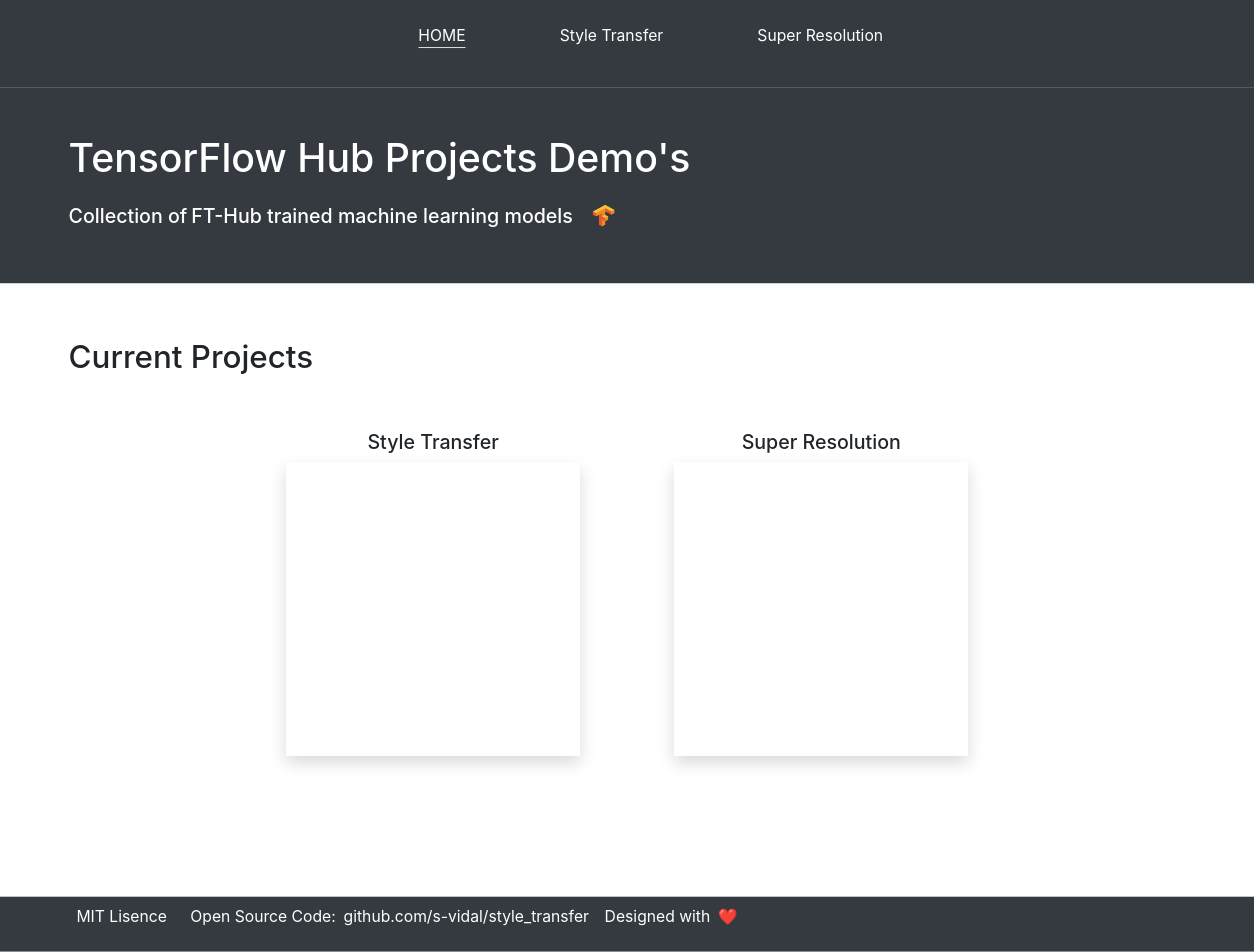
Repository: s-vidal/style_transfer
Page: / (app in client/)
These files come from the project's save history. The page is drawn as it stood at one moment and after the next save; the edit follows.
The browser window is 1280 px wide. The pictures show the whole page, at 98% of full size.
The page's requests for data from a server got no answer. The project was rebuilt for these pictures with package versions that can differ from the ones it lists, and the page was loaded fresh each time. A package was used in the major version that the imports need, not the one package.json lists. No one was signed in, and anything a server would have sent is missing. Also part of the build but not shown: client/src/App.css, client/src/components/DropZone.jsx, client/src/lib/api.js, client/src/components/Inference.jsx, client/src/components/Header.jsx, client/src/pages/StyleTransfer.jsx, client/src/pages/SuperResolution.jsx.

Above is the page before, as saved 2020-09-30 16:27:33.

### client/public/index.html
<!DOCTYPE html>
<html lang="en">
  <head>
    <meta charset="utf-8" />
    <link rel="icon" href="%PUBLIC_URL%/favicon.ico" />
    <meta name="viewport" content="width=device-width, initial-scale=1" />
    <meta name="theme-color" content="#000000" />
    <meta
      name="description"
      content="Web site created using create-react-app"
    />
    <link rel="apple-touch-icon" href="%PUBLIC_URL%/logo192.png" />
    <!--
      manifest.json provides metadata used when your web app is installed on a
      user's mobile device or desktop. See https://developers.google.com/web/fundamentals/web-app-manifest/
    -->
    <link rel="manifest" href="%PUBLIC_URL%/manifest.json" />
    <!--
      Notice the use of %PUBLIC_URL% in the tags above.
      It will be replaced with the URL of the `public` folder during the build.
      Only files inside the `public` folder can be referenced from the HTML.

      Unlike "/favicon.ico" or "favicon.ico", "%PUBLIC_URL%/favicon.ico" will
      work correctly both with client-side routing and a non-root public URL.
      Learn how to configure a non-root public URL by running `npm run build`.
    -->
    <!-- CSS only -->
    <link
      rel="stylesheet"
      href="https://stackpath.bootstrapcdn.com/bootstrap/4.5.2/css/bootstrap.min.css"
      integrity="sha384-JcKb8q3iqJ61gNV9KGb8thSsNjpSL0n8PARn9HuZOnIxN0hoP+VmmDGMN5t9UJ0Z"
      crossorigin="anonymous"
    />
    <title>React App</title>
  </head>
  <body>
    <noscript>You need to enable JavaScript to run this app.</noscript>
    <div id="root"></div>
    <!--
      This HTML file is a template.
      If you open it directly in the browser, you will see an empty page.

      You can add webfonts, meta tags, or analytics to this file.
      The build step will place the bundled scripts into the <body> tag.

      To begin the development, run `npm start` or `yarn start`.
      To create a production bundle, use `npm run build` or `yarn build`.
    -->
    <!-- JS, Popper.js, and jQuery -->
    <script
      src="https://code.jquery.com/jquery-3.5.1.slim.min.js"
      integrity="sha384-DfXdz2htPH0lsSSs5nCTpuj/zy4C+OGpamoFVy38MVBnE+IbbVYUew+OrCXaRkfj"
      crossorigin="anonymous"
    ></script>
    <script
      src="https://cdn.jsdelivr.net/npm/popper.js@1.16.1/dist/umd/popper.min.js"
      integrity="sha384-9/reFTGAW83EW2RDu2S0VKaIzap3H66lZH81PoYlFhbGU+6BZp6G7niu735Sk7lN"
      crossorigin="anonymous"
    ></script>
    <script
      src="https://stackpath.bootstrapcdn.com/bootstrap/4.5.2/js/bootstrap.min.js"
      integrity="sha384-B4gt1jrGC7Jh4AgTPSdUtOBvfO8shuf57BaghqFfPlYxofvL8/KUEfYiJOMMV+rV"
      crossorigin="anonymous"
    ></script>
  </body>
</html>

### client/src/App.js
import React from "react";
import {BrowserRouter as Router, Switch, Route} from "react-router-dom";
import "./App.css";
import StyleTransfer from "./pages/StyleTransfer";
import SuperResolution from "./pages/SuperResolution";
import Footer from "./components/Footer";
import NavBar from "./components/NavBar";
import HomePage from "./pages/HomePage";

function App() {
  return (
    <div>
      <Router>
        <NavBar />
        <Switch>
          <Route path="/super-resolution">
            <SuperResolution />
          </Route>
          <Route path="/style-transfer">
            <StyleTransfer />
          </Route>
          <Route path="/">
            <HomePage />
          </Route>
        </Switch>
        <Footer />
      </Router>
    </div>
  );
}

export default App;

### client/src/components/Footer.jsx
import React from "react";

const Footer = () => {
  return (
    <div className="text-white bg-dark">
      <div className="container mt-5">
        <div className="row p-2 mt-4">
          <p className="mr-4">MIT Lisence</p>
          <p>Open Source Code:</p>
          <a
            className="ml-2 text-white"
            href="https://github.com/s-vidal/style_transfer"
          >
            <span>github.com/s-vidal/style_transfer</span>
          </a>
          <p className="ml-3 mr-1"> Designed with </p>
          <span role="img" aria-label="emoji" className="ml-1">
            ❤️
          </span>
        </div>
      </div>
    </div>
  );
};

export default Footer;

### client/src/components/NavBar.jsx
import React, {useState, useEffect} from "react";
import {Link, useLocation} from "react-router-dom";
import "./NavBar.css";

const NavBar = () => {
  const [currentPage, setCurrentPage] = useState("");
  const location = useLocation();

  useEffect(() => {
    const currentPath = location.pathname;
    setCurrentPage(currentPath.substring(1));
  }, [location]);

  return (
    <nav className="navbar navbar-expand-lg d-flex justify-content-center bg-dark pt-3 pb-3">
      <ul className="navbar-nav">
        <li className="nav-item">
          <Link className="nav-link pl-5 pr-5" to={"/"}>
            <div className="ml-5 ">
              <p
                className={
                  currentPage === ""
                    ? "text-white nav-text active border-bottom"
                    : "text-white nav-text"
                }
              >
                HOME
              </p>
            </div>
          </Link>
        </li>
        <li className="nav-item">
          <Link
            className="nav-link pl-5 pr-5 text-white"
            to={"/style-transfer"}
          >
            <p
              className={
                currentPage === "style-transfer"
                  ? "text-white nav-text active border-bottom"
                  : "text-white nav-text"
              }
            >
              Style Transfer
            </p>
          </Link>
        </li>
        <li className="nav-item active">
          <Link
            className="nav-link pl-5 pr-5 text-white"
            to={"/super-resolution"}
          >
            <p
              className={
                currentPage === "super-resolution"
                  ? "text-white nav-text active border-bottom"
                  : "text-white nav-text"
              }
            >
              Super Resolution
            </p>
          </Link>
        </li>
      </ul>
    </nav>
  );
};

export default NavBar;

### client/src/pages/HomePage.jsx
import React from "react";
import "../components/HomePage.css";

const HomePage = () => {
  return (
    <>
      <div className="bg-dark text-white p-4 pt-5 pb-5">
        <div className="container">
          <div className="row">
            <h1>TensorFlow Hub Projects Demo's</h1>
          </div>
          <div className="row mt-3">
            <h5>Collection of</h5>
            <a
              href="https://tfhub.dev/google/magenta/arbitrary-image-stylization-v1-256/2"
              className="pl-1 pr-1 text-white"
            >
              <h5>FT-Hub trained machine learning models</h5>
            </a>
            <img
              className="ml-3"
              src={require("../img/tf_logo.png")}
              alt="tf"
              width="22"
              height="22"
            ></img>
          </div>
        </div>
      </div>
      <div className="p-5 pb-0">
        <div className="container p-0">
          <div>
            {/* <h5 className="mb-4">
              Recourse designed to display, explain and test TF-Hb models
            </h5> */}
            <h2 className="mt-2">Current Projects</h2>
          </div>
          <div className="row d-flex justify-content-center">
            <div className="m-5">
              <h5 className="text-center">Style Transfer</h5>
              <div className="home-item shadow"></div>
            </div>
            <div className="m-5">
              <h5 className="text-center"> Super Resolution</h5>
              <div className="home-item shadow"></div>
            </div>
          </div>
        </div>
      </div>
    </>
  );
};

export default HomePage;

### client/src/components/NavBar.css
.nav-text:hover {
  border-bottom: 1px solid white;
  transition-duration: 0.5s ease-in-out;
}

### client/src/components/HomePage.css
.home-item {
  min-width: 300px;
  min-height: 300px;
}
.home-item:hover {
  cursor: pointer;
  transform: translate(3px, 3px);
  transition-duration: 0.5s ease-in-out;
}

Loaded but not shown: client/src/index.js (common file); client/src/index.css (common file); client/src/serviceWorker.js (common file)

After the next save:
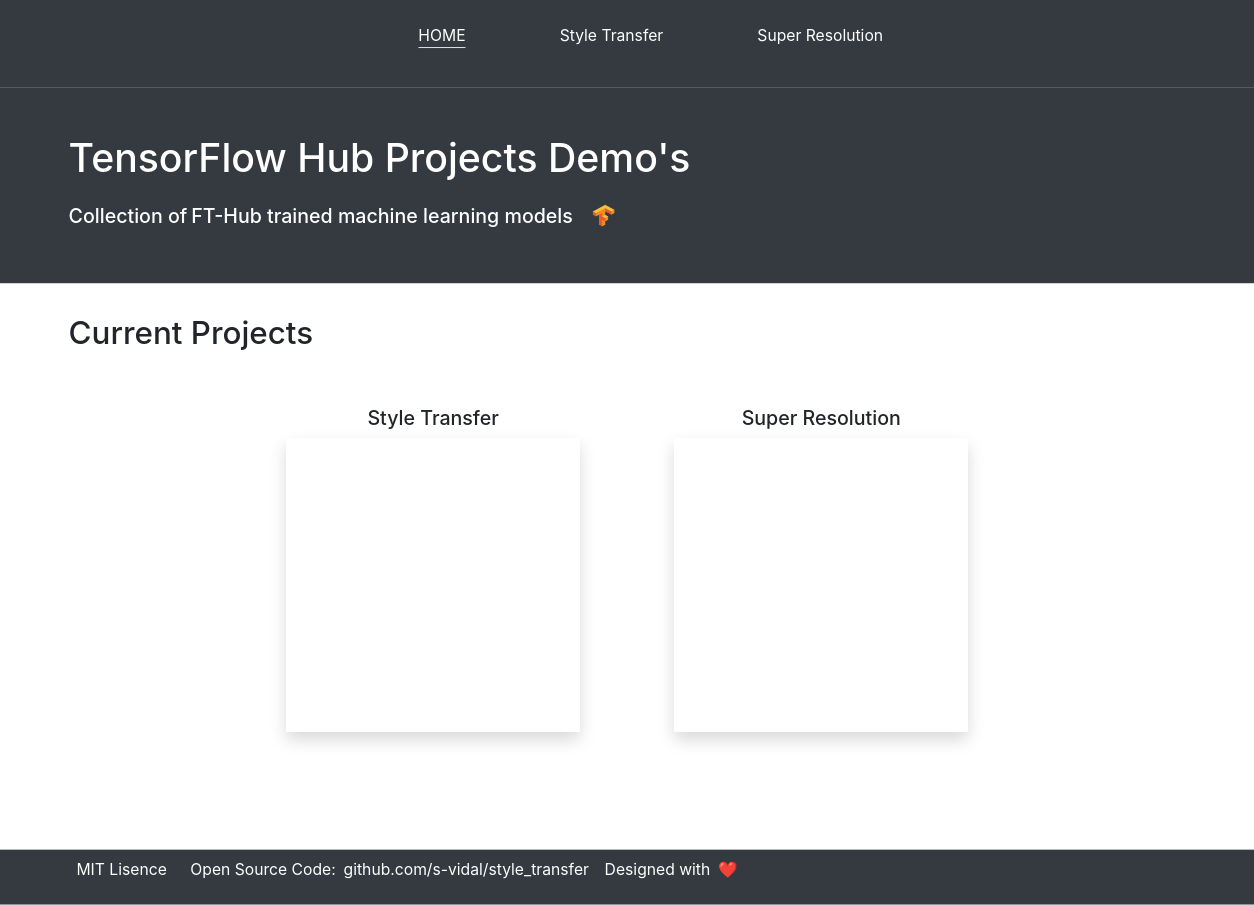
Saved 12 s later.
--- a/client/src/pages/HomePage.jsx
+++ b/client/src/pages/HomePage.jsx
@@ -27,7 +27,7 @@
           </div>
         </div>
       </div>
-      <div className="p-5 pb-0">
+      <div className="p-4">
         <div className="container p-0">
           <div>
             {/* <h5 className="mb-4">

After the save that followed:
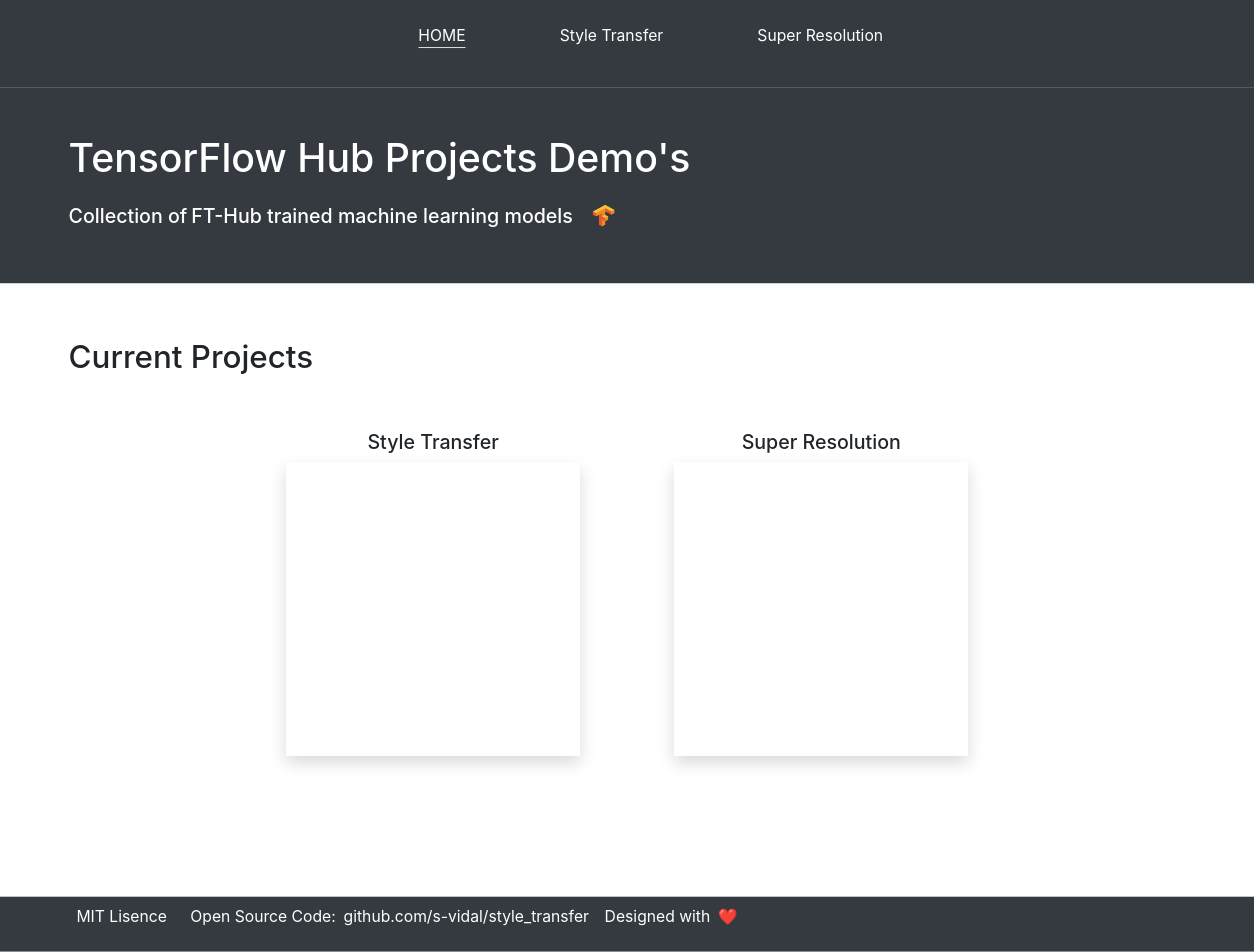
Saved 10 s later.
--- a/client/src/pages/HomePage.jsx
+++ b/client/src/pages/HomePage.jsx
@@ -27,7 +27,7 @@
           </div>
         </div>
       </div>
-      <div className="p-4">
+      <div className="p-5">
         <div className="container p-0">
           <div>
             {/* <h5 className="mb-4">
